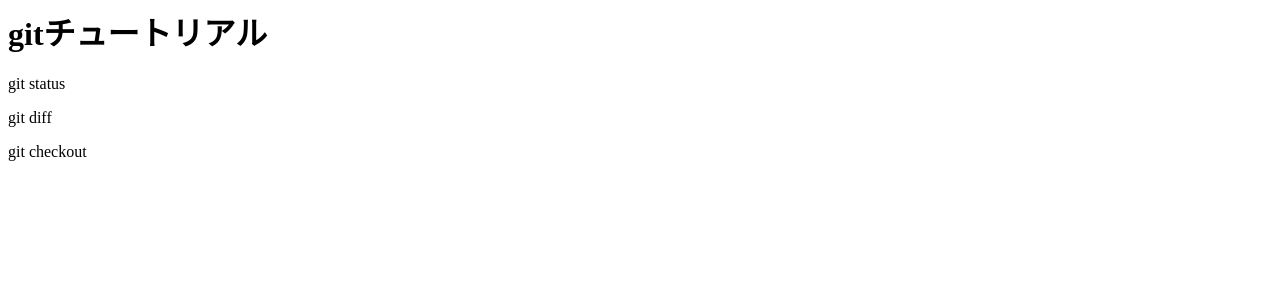
Repository: ppmp556/git_tutorial
Page: index.html
An editor plug-in stored every save of this project. The page is shown before and after the next save, followed by the edit.
The browser window is 1280 px wide. The pictures show the whole page.

Above is the page before, as saved 2020-12-08 09:41:56.

After the next save:
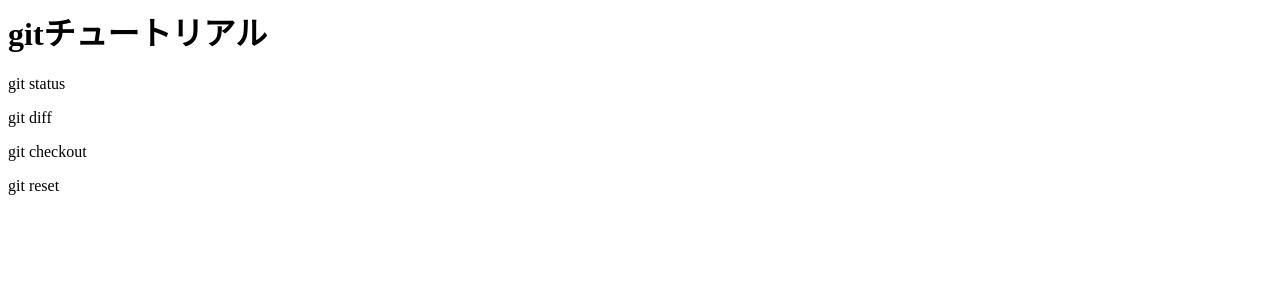
Saved 3 min 30 s later.
--- a/index.html
+++ b/index.html
@@ -3,3 +3,6 @@
 <p>git diff</p>
 
 <p>git checkout</p>
+
+
+<p>git reset</p>
